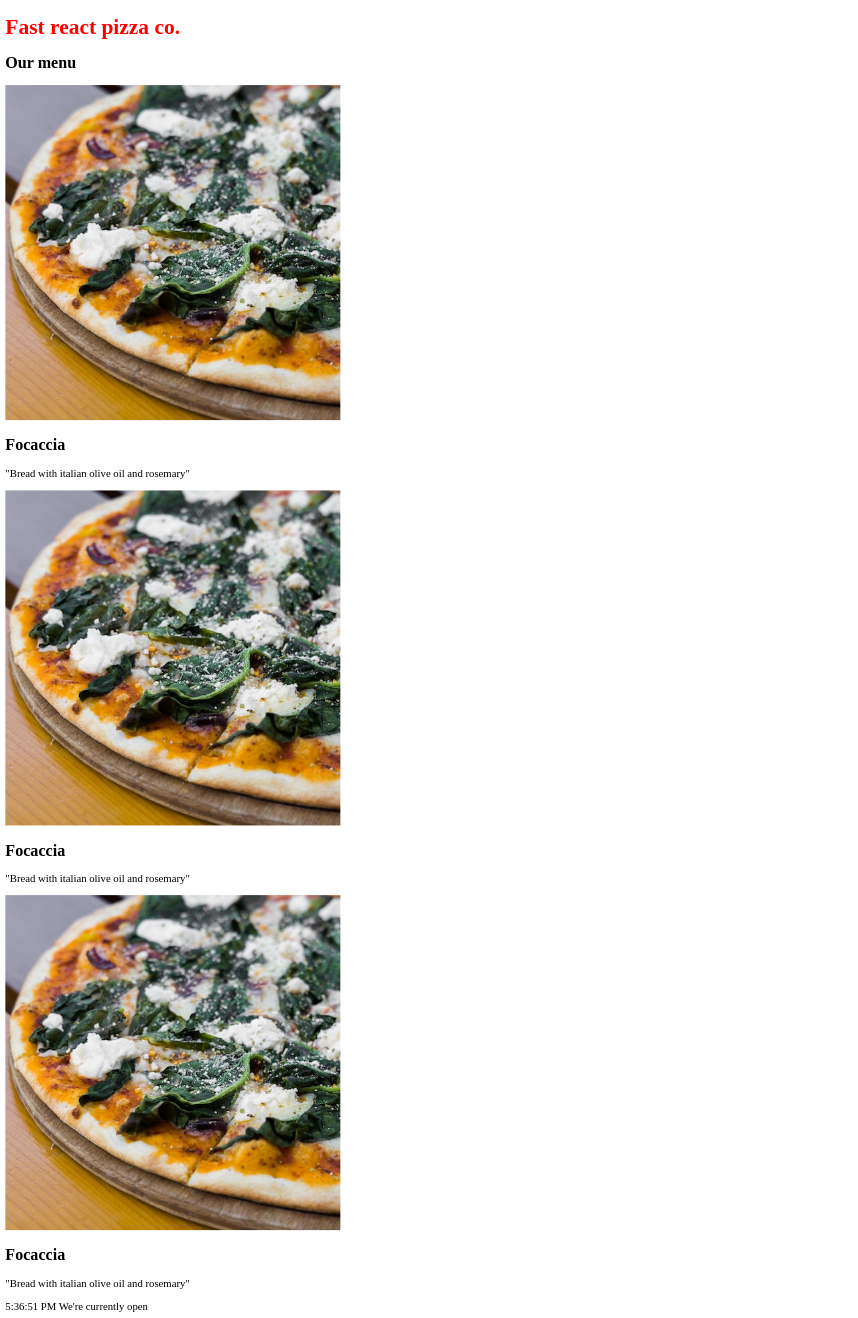
Repository: ahmedharidy/First-React-App
Page: /
These files come from the project's save history. The page is drawn as it stood at one moment and after the next save; the edit follows.
The browser window is 1280 px wide. The pictures show the whole page, at 67% of full size.
The project was rebuilt for these pictures with package versions that can differ from the ones it lists, and the page was loaded fresh each time.

Above is the page before, as saved 2026-09-22 09:06:19.

### src/index.js
import React from "react";
import ReactDOM from "react-dom/client";

const pizzaData = [
  {
    name: "Focaccia",
    ingredients: "Bread with italian olive oil and rosemary",
    price: 6,
    photoName: "pizzas/focaccia.jpg",
    soldOut: false,
  },
  {
    name: "Pizza Margherita",
    ingredients: "Tomato and mozarella",
    price: 10,
    photoName: "pizzas/margherita.jpg",
    soldOut: false,
  },
  {
    name: "Pizza Spinaci",
    ingredients: "Tomato, mozarella, spinach, and ricotta cheese",
    price: 12,
    photoName: "pizzas/spinaci.jpg",
    soldOut: false,
  },
  {
    name: "Pizza Funghi",
    ingredients: "Tomato, mozarella, mushrooms, and onion",
    price: 12,
    photoName: "pizzas/funghi.jpg",
    soldOut: false,
  },
  {
    name: "Pizza Salamino",
    ingredients: "Tomato, mozarella, and pepperoni",
    price: 15,
    photoName: "pizzas/salamino.jpg",
    soldOut: true,
  },
  {
    name: "Pizza Prosciutto",
    ingredients: "Tomato, mozarella, ham, aragula, and burrata cheese",
    price: 18,
    photoName: "pizzas/prosciutto.jpg",
    soldOut: false,
  },
];
function App() {
  return (
    <div>
      <Header />
      <Menu />
      <Footer />
    </div>
  );
}

function Pizza() {
  return (
    <div>
      <img src="pizzas/spinaci.jpg" alt="alt"></img>
      <h2>Focaccia</h2>
      <p>"Bread with italian olive oil and rosemary"</p>
    </div>
  );
}

function Header() {
  return (
    <h1 style={{ color: "red", fontSize: "32px" }}>Fast react pizza co.</h1>
  );
}
function Menu() {
  return (
    <div>
      <h2>Our menu</h2>
      <Pizza />
      <Pizza />
      <Pizza />
    </div>
  );
}
function Footer() {
  const hour = new Date().getHours();
  const openHour = 12;
  const closeHour = 22;
  const isOpen = hour >= openHour && hour <= closeHour;

  //   if (hour >= openHour && hour <= closeHour) alert("were currently open!");
  //   else alert("sorry were closed");

  return (
    <footer>{new Date().toLocaleTimeString()} We're currently open</footer>
  );
  //   return React.createElement("footer", null, "we're currently open");
}

const root = ReactDOM.createRoot(document.getElementById("root"));

root.render(<App />);

Loaded but not shown: public/index.html (common file)

After the next save:
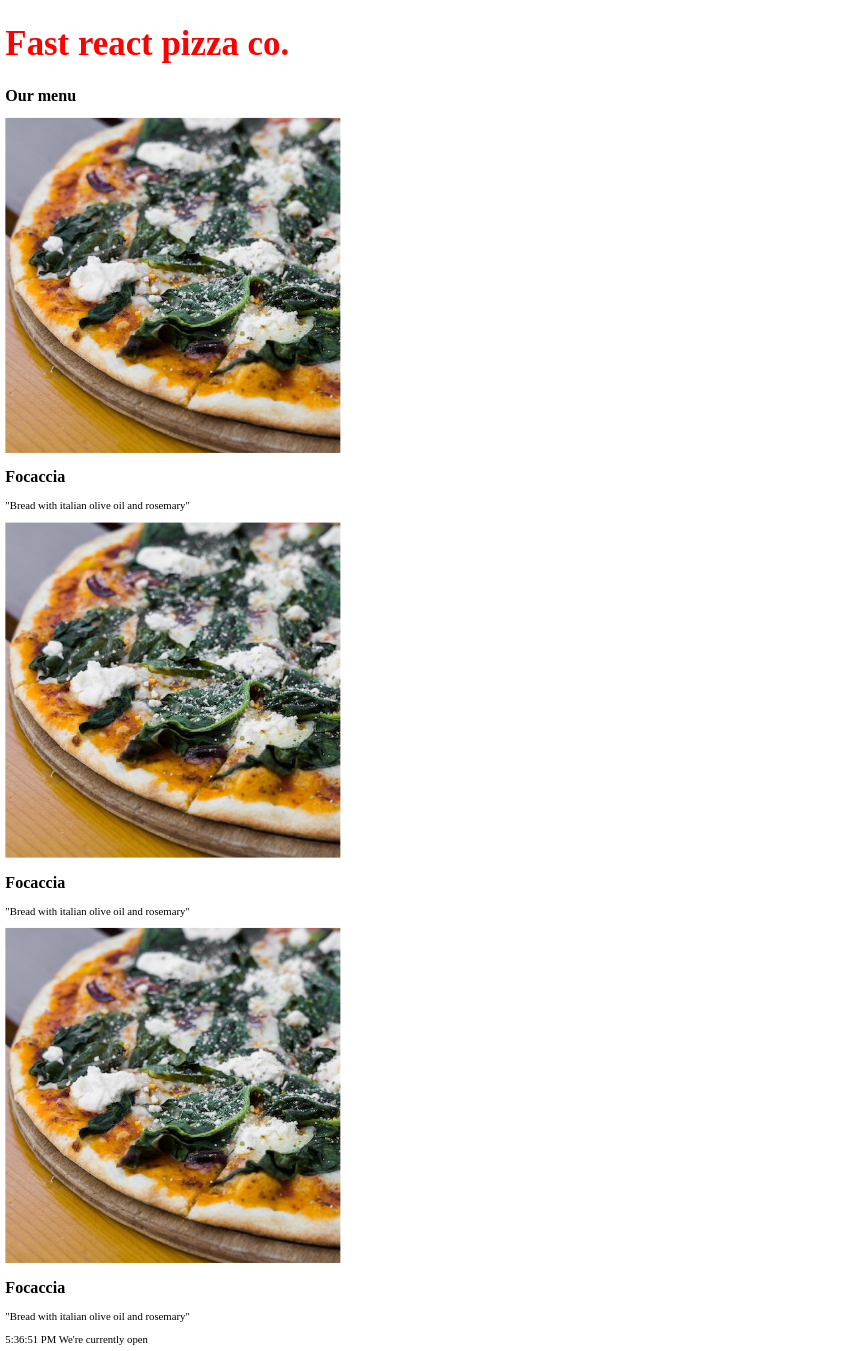
Saved 16 s later.
--- a/src/index.js
+++ b/src/index.js
@@ -67,7 +67,7 @@ function Pizza() {
 
 function Header() {
   return (
-    <h1 style={{ color: "red", fontSize: "32px" }}>Fast react pizza co.</h1>
+    <h1 style={{ color: "red", fontSize: "52px" }}>Fast react pizza co.</h1>
   );
 }
 function Menu() {
